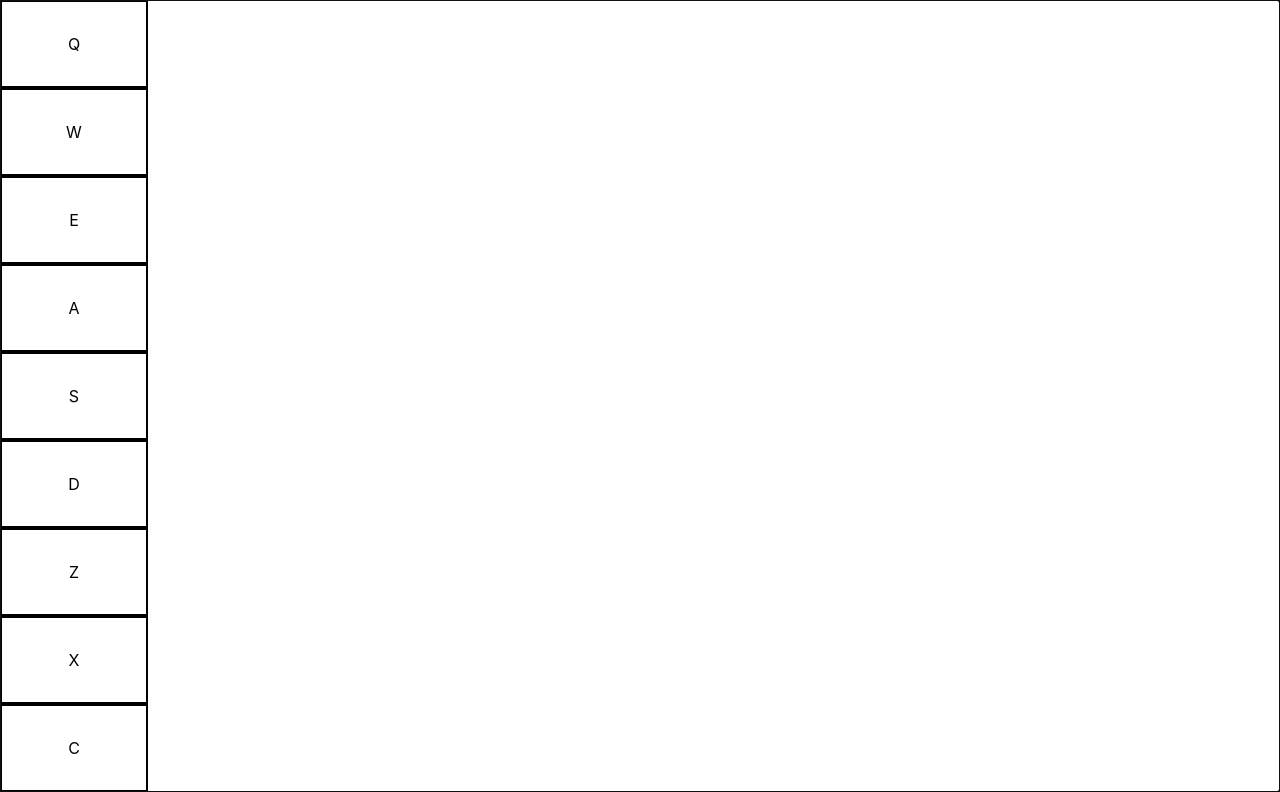
Repository: milac0/drum-machine
Page: /
These files come from the project's save history. The page is drawn as it stood at one moment and after the next save; the edit follows.
The browser window is 1280 px wide. The pictures show the whole page.
The project was rebuilt for these pictures with package versions that can differ from the ones it lists, and the page was loaded fresh each time.

Above is the page before, as saved 2019-10-25 17:21:00.

After the next save:
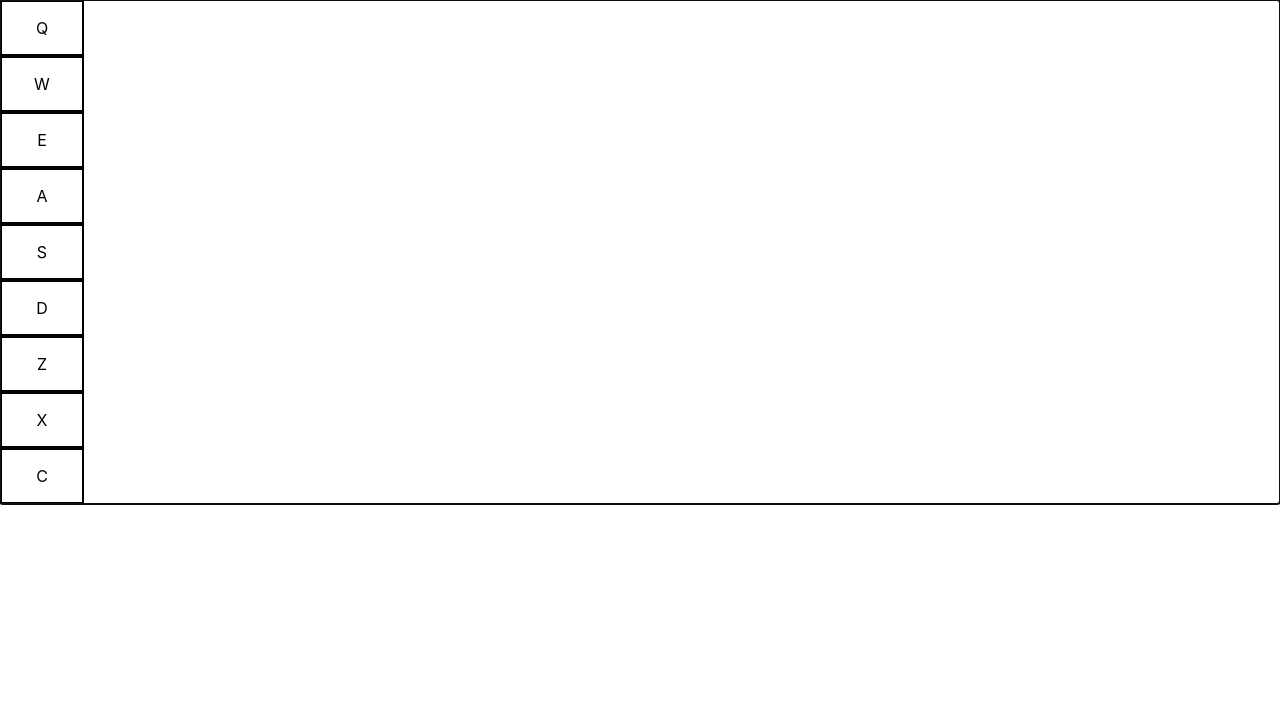
Saved 10 s later.
--- a/src/App.css
+++ b/src/App.css
@@ -16,7 +16,7 @@
 .drum-pad {
   max-width: 80px;
   height: auto;
-  padding: 1em 2em;
+
   border: 2px solid black;
   text-align: center;
 }
